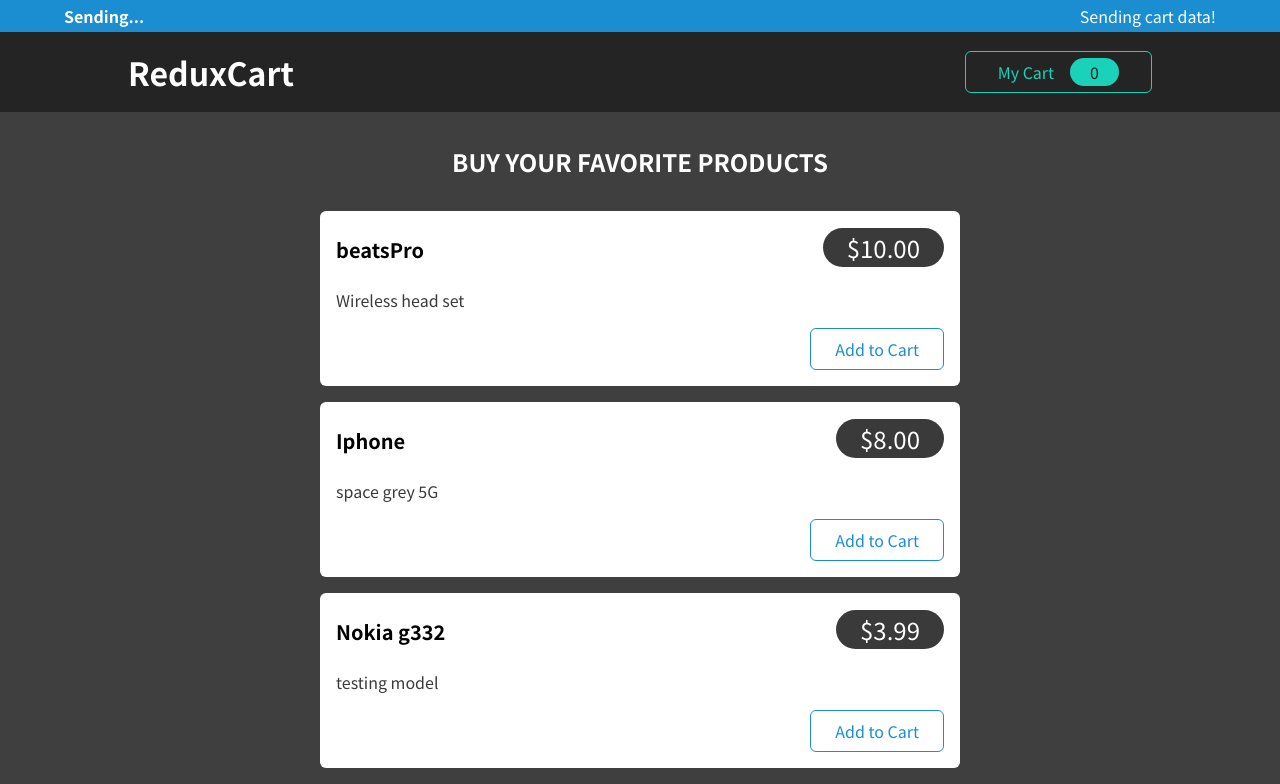
Repository: NamalPathirana/Redux-two-async
Page: /
An editor plug-in stored every save of this project. The page is shown before and after the next save, followed by the edit.
The browser window is 1280 px wide. The pictures show the whole page.
The page's requests for data from a server got no answer. The project was rebuilt for these pictures with package versions that can differ from the ones it lists, and the page was loaded fresh each time. No one was signed in, and anything a server would have sent is missing. Also part of the build but not shown: src/components/Cart/Cart.module.css, src/components/Cart/CartItem.module.css, src/components/Cart/CartItem.js, src/components/Cart/Cart.js.

Above is the page before, as saved 2022-04-15 13:29:13.

After the next save:
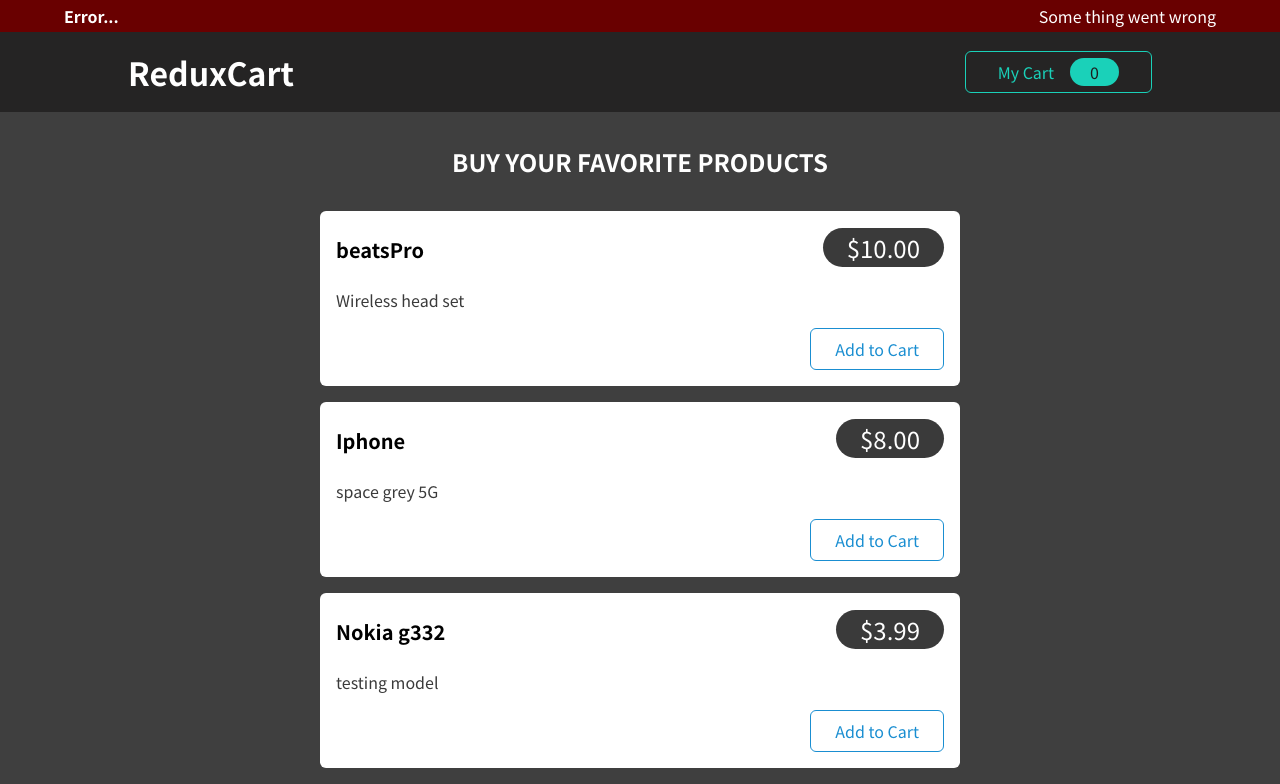
Saved 30 s later.
--- a/src/App.js
+++ b/src/App.js
@@ -40,17 +40,10 @@ function App() {
       );
 
       if (!response.ok) {
-        throw new Error('something went wrong!');
-        dispatch(
-          UIActions.showNotification({
-            status: "error",
-            title: "Error...",
-            message: "Some thing went wrong",
-          })
-        );
+        throw new Error("something went wrong!");
       }
 
-      if(initialRender){
+      if (initialRender) {
         initialRender = false;
         return;
       }
@@ -64,16 +57,26 @@ function App() {
       );
     };
 
-    sendCartData();
+    sendCartData().catch((error) => {
+      dispatch(
+        UIActions.showNotification({
+          status: "error",
+          title: "Error...",
+          message: "Some thing went wrong",
+        })
+      );
+    });
   }, [cart, dispatch]);
 
   return (
     <Fragment>
-      {notification && <Notification
-        status={notification.status}
-        title={notification.title}
-        message={notification.message}
-      ></Notification>}
+      {notification && (
+        <Notification
+          status={notification.status}
+          title={notification.title}
+          message={notification.message}
+        ></Notification>
+      )}
       <Layout>
         {isVisible && <Cart />}
         <Products />
